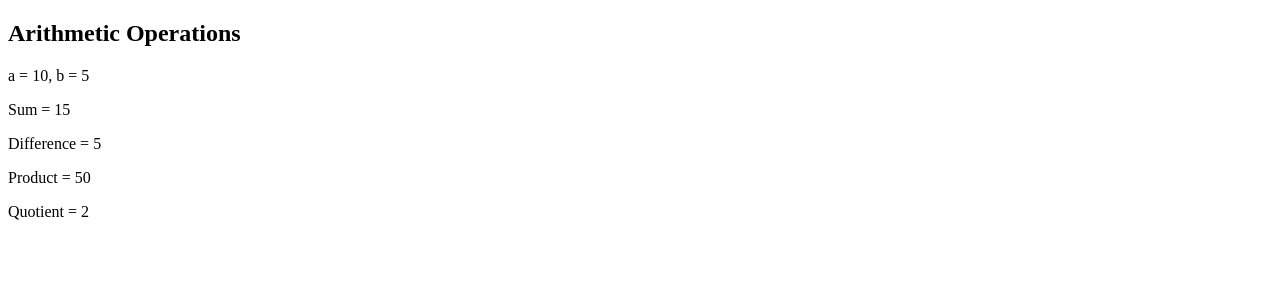
Repository: 2303051050877-coder/EP_PRACTICALS
Page: http://localhost/Practical-4-JSP/arithmetic.jsp
An editor plug-in stored every save of this project. The page is shown before and after the next save, followed by the edit.
The browser window is 1280 px wide. The pictures show the whole page.
The page is served by Tomcat 9.

Above is the page before, as saved 2025-09-25 15:59:53.

After the next save:
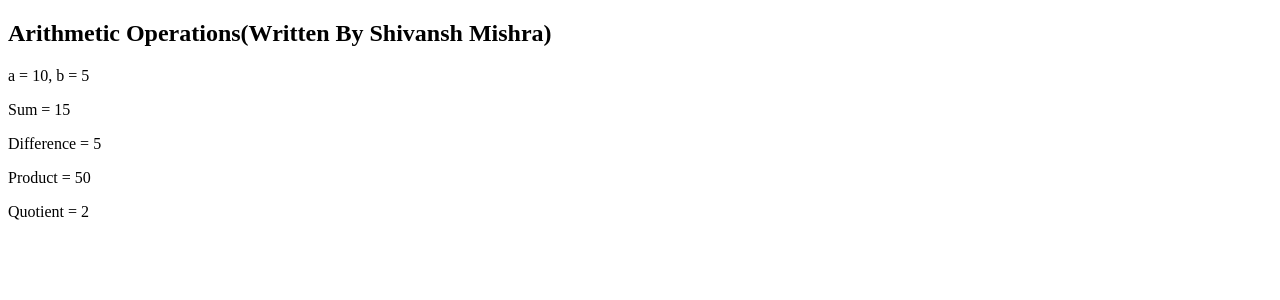
Saved 19 s later.
--- a/Practical-4-JSP/src/main/webapp/arithmetic.jsp
+++ b/Practical-4-JSP/src/main/webapp/arithmetic.jsp
@@ -12,7 +12,7 @@
     int product = a * b;
     int quotient = a / b;
 %>
-<h2>Arithmetic Operations</h2>
+<h2>Arithmetic Operations(Written By Shivansh Mishra)</h2>
 <p>a = <%= a %>, b = <%= b %></p>
 <p>Sum = <%= sum %></p>
 <p>Difference = <%= diff %></p>
